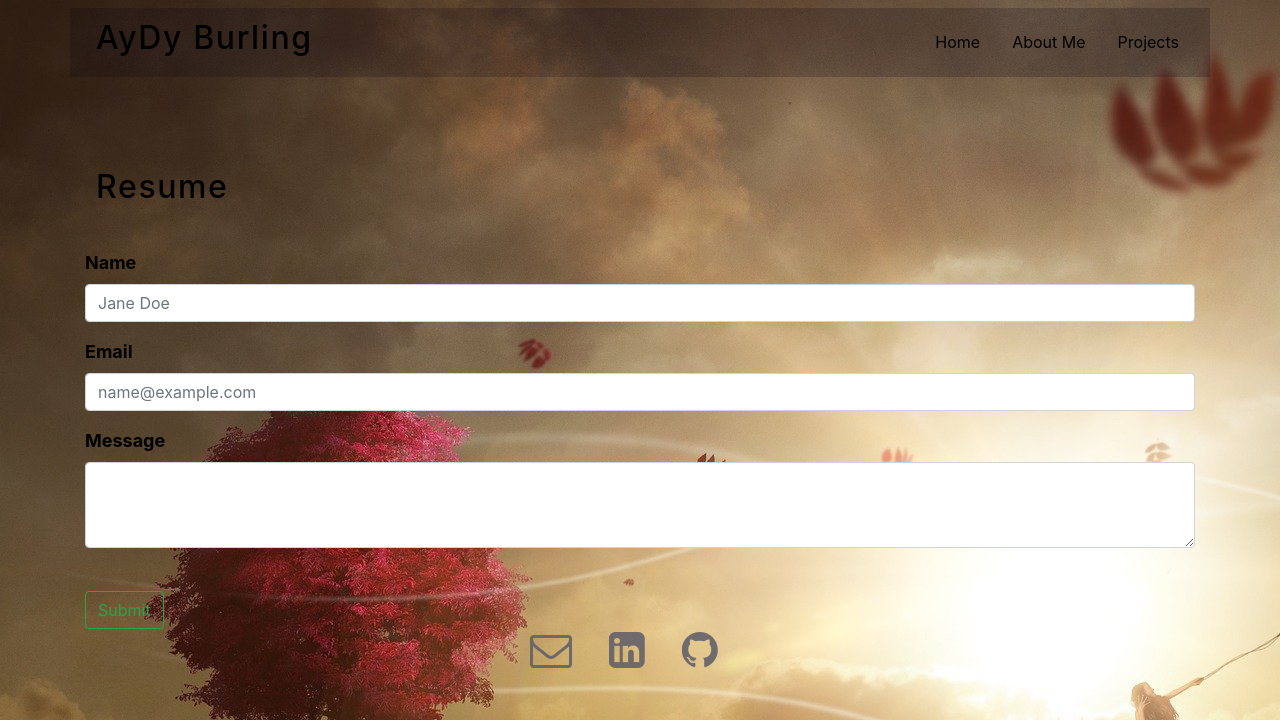
Repository: Dee1985/basic-portfolio
Page: contact.html
These files come from the project's save history. The page is drawn as it stood at one moment and after the next save; the edit follows.
The browser window is 1280 px wide. The pictures show the whole page.

Above is the page before, as saved 2020-04-08 16:07:39.

After the next save:
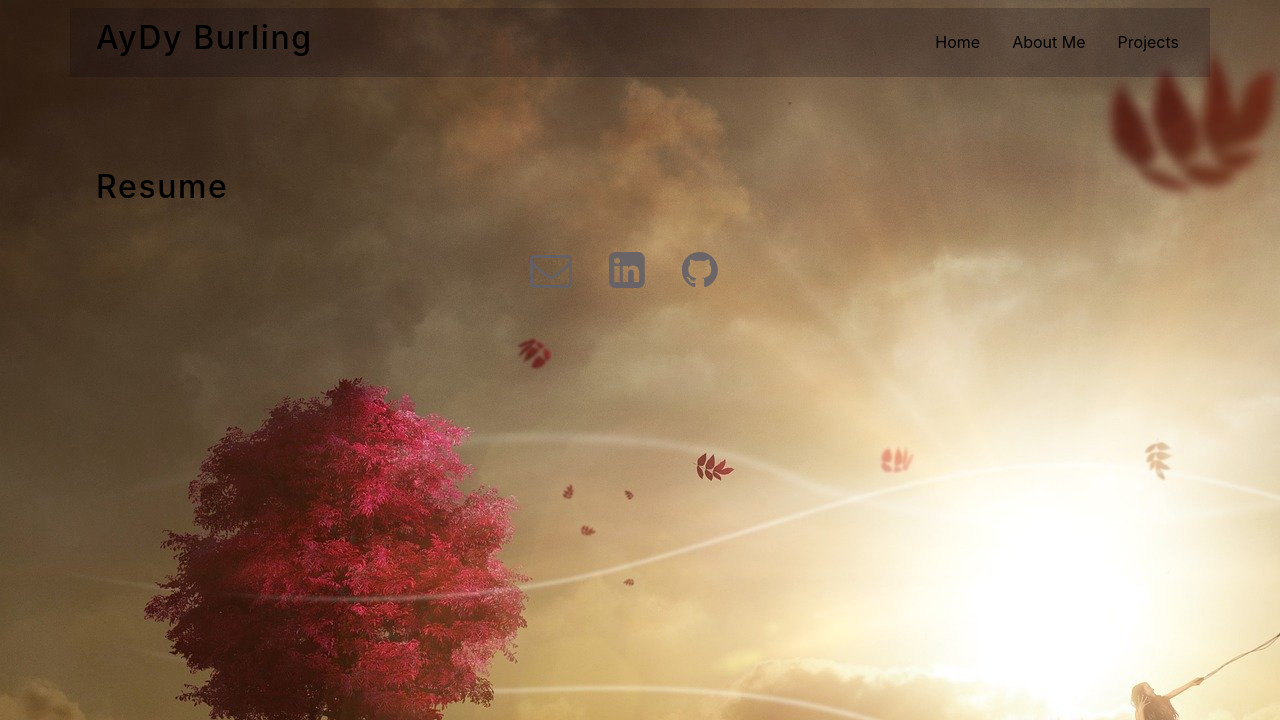
Saved 3 min 37 s later.
--- a/contact.html
+++ b/contact.html
@@ -45,23 +45,7 @@
         </div>
         <div class="row">
             <div class="col-md">
-                <form style="color: black; font-size: 18px; font-weight: bold;">
-                    <div class="form-group" >
-                        <label for="exampleFormControlInput1" >Name</label>
-                        <input type="text" class="form-control" id="exampleFormControlInput1" placeholder="Jane Doe">
-                    </div>
-                    <div class="form-group">
-                        <label for="exampleFormControlInput1">Email</label>
-                        <input type="email" class="form-control" id="exampleFormControlInput1"
-                            placeholder="name@example.com">
-                    </div>
-                    <div class="form-group">
-                        <label for="exampleFormControlTextarea1">Message</label>
-                        <textarea class="form-control" id="exampleFormControlTextarea1" rows="3"></textarea>
-                    </div>
-                    <br>
-                    <button type="submit" class="btn btn-outline-success btn-large">Submit</button>
-                </form>
+
             </div>
             </div>
             <footer align= "center";>
